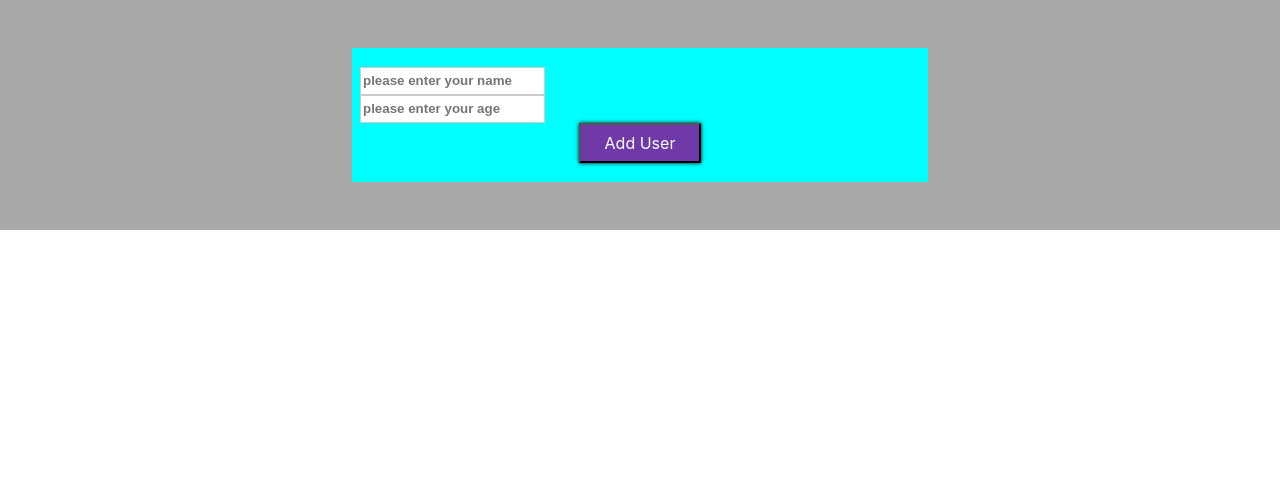
Repository: NamalPathirana/section-eight
Page: /
The author's editor kept a copy of each file at every save. The page is drawn from the files as they stood at one save, then again after the next save.
The browser window is 1280 px wide. The pictures show the whole page.
The project was rebuilt for these pictures with package versions that can differ from the ones it lists, and the page was loaded fresh each time.

Above is the page before, as saved 2021-11-26 02:40:33.

### src/index.css
body {
  margin: 0;
  padding: 0%;
  height: 100%;
  width: 100%;
  font-family: -apple-system, BlinkMacSystemFont, 'Segoe UI', 'Roboto', 'Oxygen',
    'Ubuntu', 'Cantarell', 'Fira Sans', 'Droid Sans', 'Helvetica Neue',
    sans-serif;
  -webkit-font-smoothing: antialiased;
  -moz-osx-font-smoothing: grayscale;
}

code {
  font-family: source-code-pro, Menlo, Monaco, Consolas, 'Courier New',
    monospace;
}

### src/App.js
import logo from './logo.svg';
import './App.css';
import UserInput from './Components/UserInput/UserInput';

function App() {
  return (
    <div className="App">
      <section>
      <UserInput></UserInput>
      </section>
    </div>
  );
}

export default App;

### src/App.css
.App {
  text-align: center;
  display: flex;
  flex-direction: column;
  background-color: darkgrey;
}

### src/Components/UserInput/UserInput.js
import Button from '../../UI/Button/Button';
import styles from './UserInput.module.css'

const UserInput = () => {
    return (
        <form>
        <div className={styles.frame}>
            <input placeholder='please enter your name'/>
            <input placeholder='please enter your age'/>
            <Button name='Add User'></Button>
        </div>
        </form>
    );
};

export default UserInput;

### src/UI/Button/Button.js
import styles from "./Button.module.css";

const Button = (props) => {
  return <button className={styles.button}>{props.name}</button>;
};

export default Button;

### src/Components/UserInput/UserInput.module.css
.frame{
    margin: 0.5rem 0.5rem;
    padding: 1.2rem 0.5rem;
    width: 35rem;
    max-width: 90%;
    margin: 3rem auto;
    background-color: aqua;
}

.frame input{
    display: block;
    font-weight: bold;
    border: 1px solid #ccc;
    line-height: 1.5rem;
    padding: 100 0.25rm;
}

### src/UI/Button/Button.module.css
.button{
    font: inherit;
    padding: 0.5rem 1.5rem;
    background-color: rgb(112, 57, 168);
    color:white;
    box-shadow: 0 0 4px black;
    cursor: pointer;
    width: auto;
}

.button:focus{
    outline: none;
}

.button:hover,.button:active{
    background-color: rgb(185, 140, 231);
    border-color: rgb(185, 140, 231);
    box-shadow: 0 0 8px black;
}

Loaded but not shown: public/index.html (common file); src/index.js (common file); src/reportWebVitals.js (common file)

After the next save:
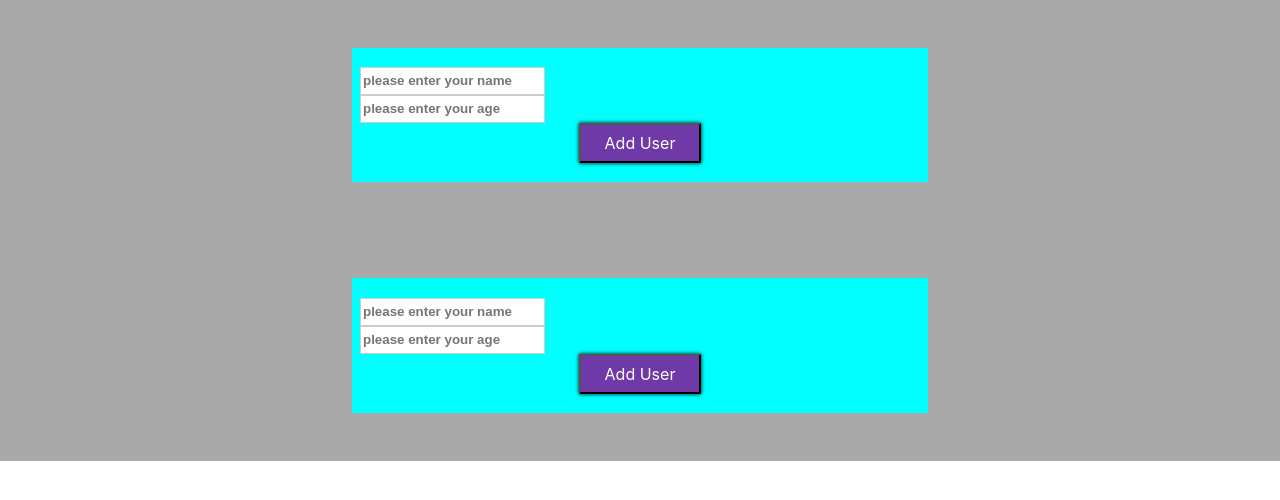
Saved 73 s later.
--- a/src/App.js
+++ b/src/App.js
@@ -8,6 +8,9 @@ function App() {
       <section>
       <UserInput></UserInput>
       </section>
+      <section>
+      <UserInput></UserInput>
+      </section>
     </div>
   );
 }

After the save that followed:
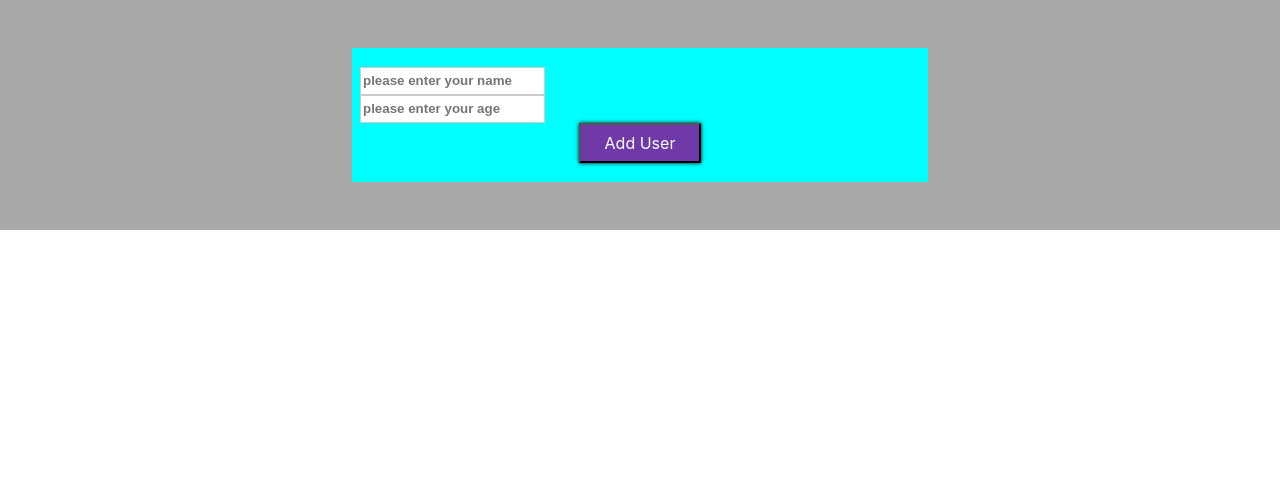
Saved 14 s later.
--- a/src/App.js
+++ b/src/App.js
@@ -8,9 +8,7 @@ function App() {
       <section>
       <UserInput></UserInput>
       </section>
-      <section>
-      <UserInput></UserInput>
-      </section>
+
     </div>
   );
 }
